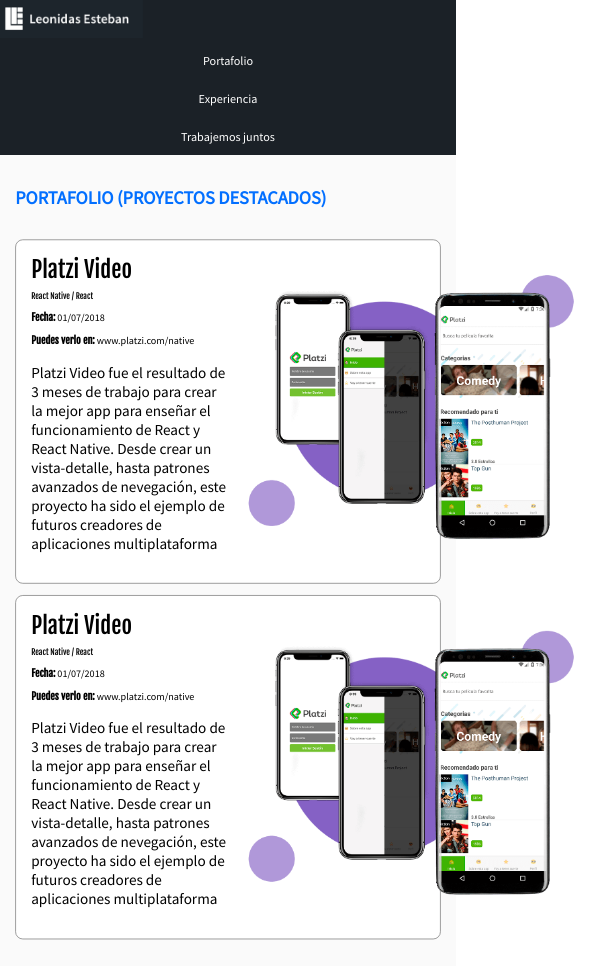
Repository: joseLozanoTamayo/web-desing
Page: desarrollo-web-portafolio/index.html
An editor plug-in stored every save of this project. The page is shown before and after the next save, followed by the edit.
The browser window is 600 px wide. The page is 800 px wide, then 600 px, so the pictures cover 800 px, including what lies to the right of the window. The pictures show the whole page, at 76% of full size.

Above is the page before, as saved 2019-04-21 22:15:53.

After the next save:
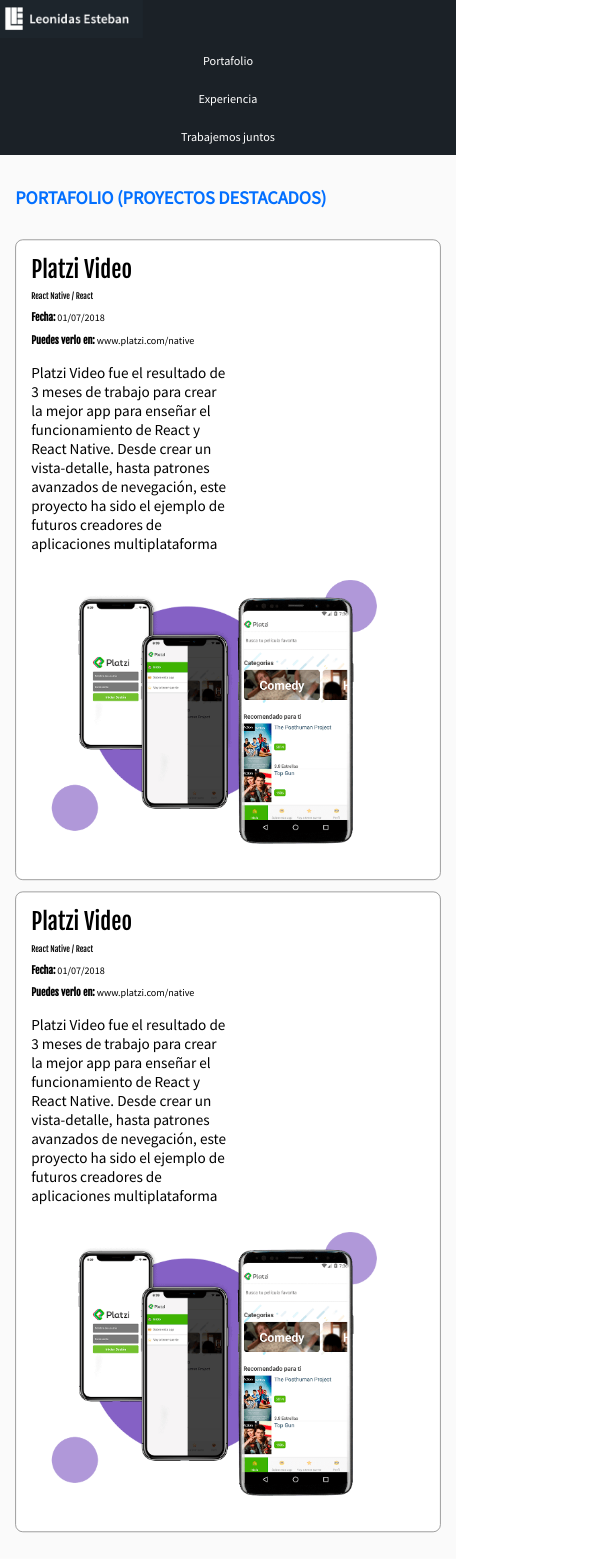
Saved 3 min 4 s later.
--- a/desarrollo-web-portafolio/css/estilos.css
+++ b/desarrollo-web-portafolio/css/estilos.css
@@ -357,6 +357,10 @@
   .header a {
     justify-content: center;
   }
+
+  .project {
+    display: block;
+  }
 }
 
 @media screen and ( max-width: 480px){
